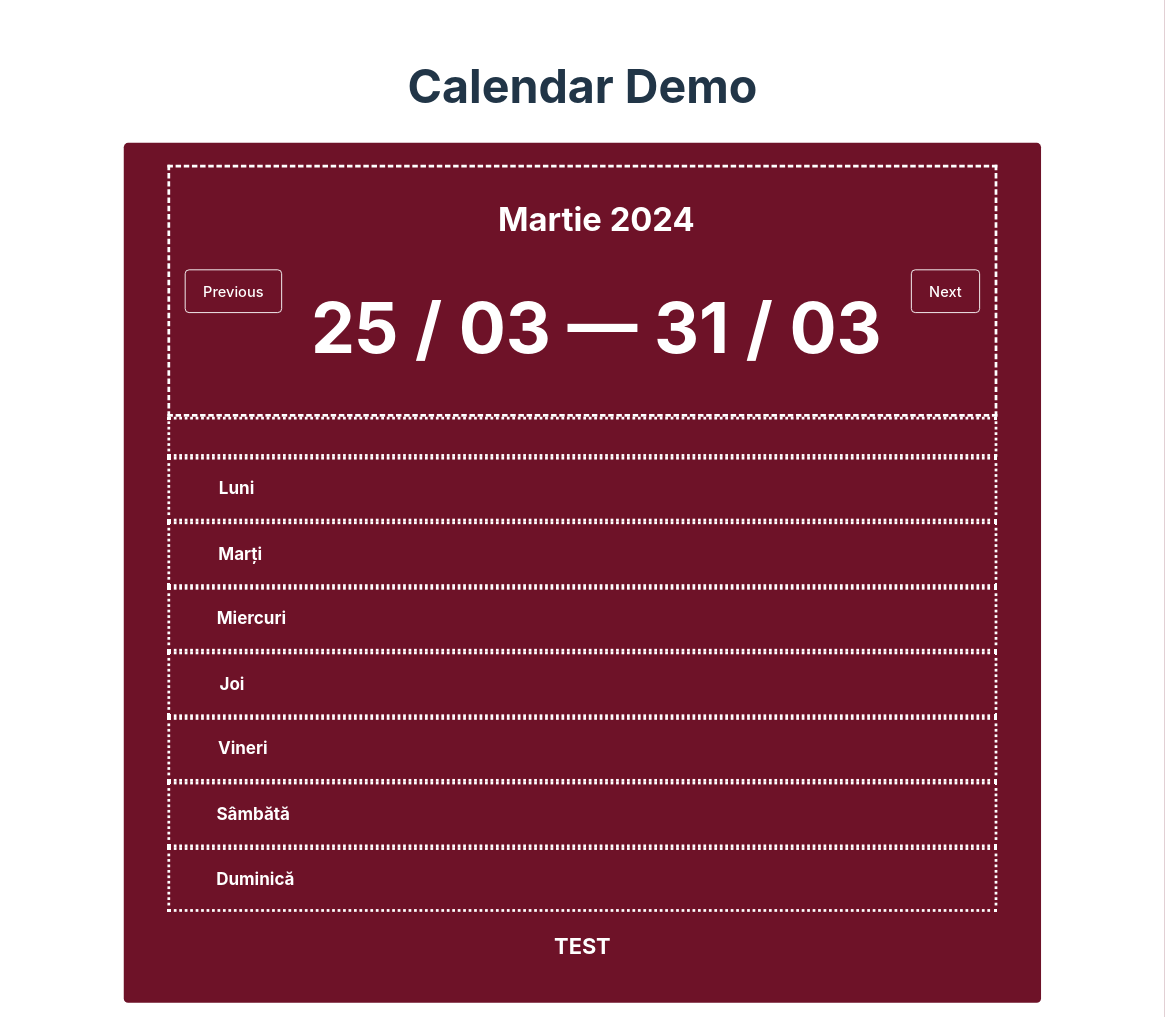
Repository: Maryie-B/weekly-calendar-scheduler
Page: /
These files come from the project's save history. The page is drawn as it stood at one moment and after the next save; the edit follows.
The browser window is 1280 px wide. The pictures show the whole page, at 91% of full size.
The project was rebuilt for these pictures with package versions that can differ from the ones it lists, and the page was loaded fresh each time. Also part of the build but not shown: vite.config.js.

Above is the page before, as saved 2024-03-26 15:15:25.

After the next save:
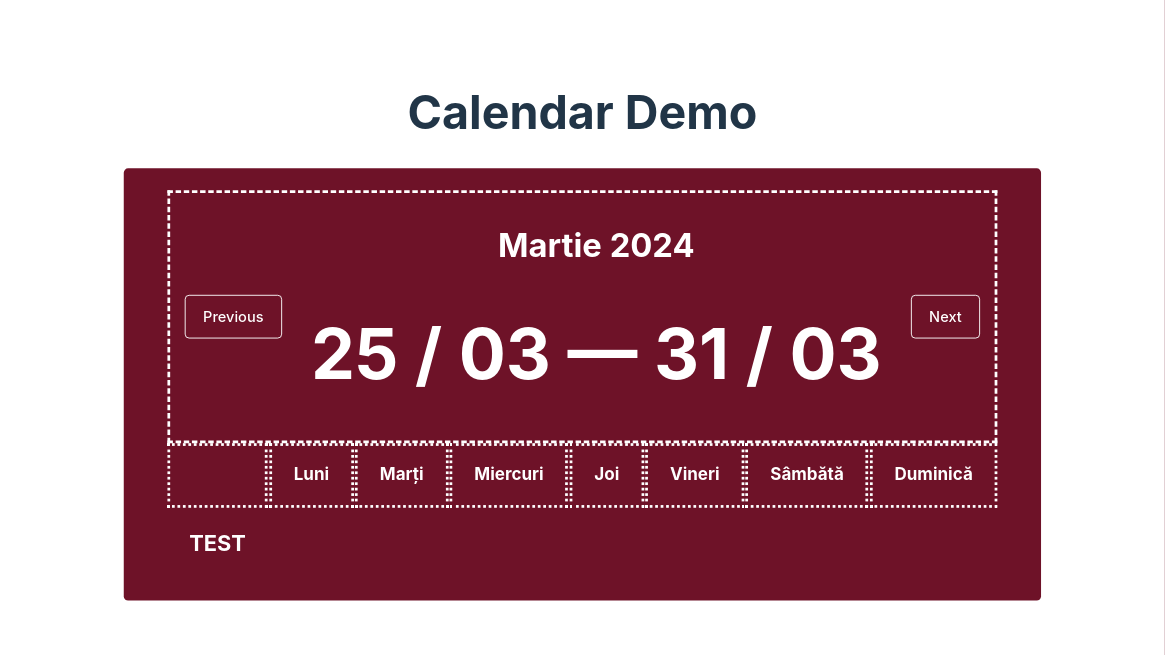
Saved 41 s later.
--- a/src/App.css
+++ b/src/App.css
@@ -39,7 +39,7 @@
   padding: 0rem 1rem;
 }
 
-.calendar-days-wrapper > div{
+.calendar-days-wrapper {
   display: grid;
   gap: 0.1rem;
   text-align: center;
